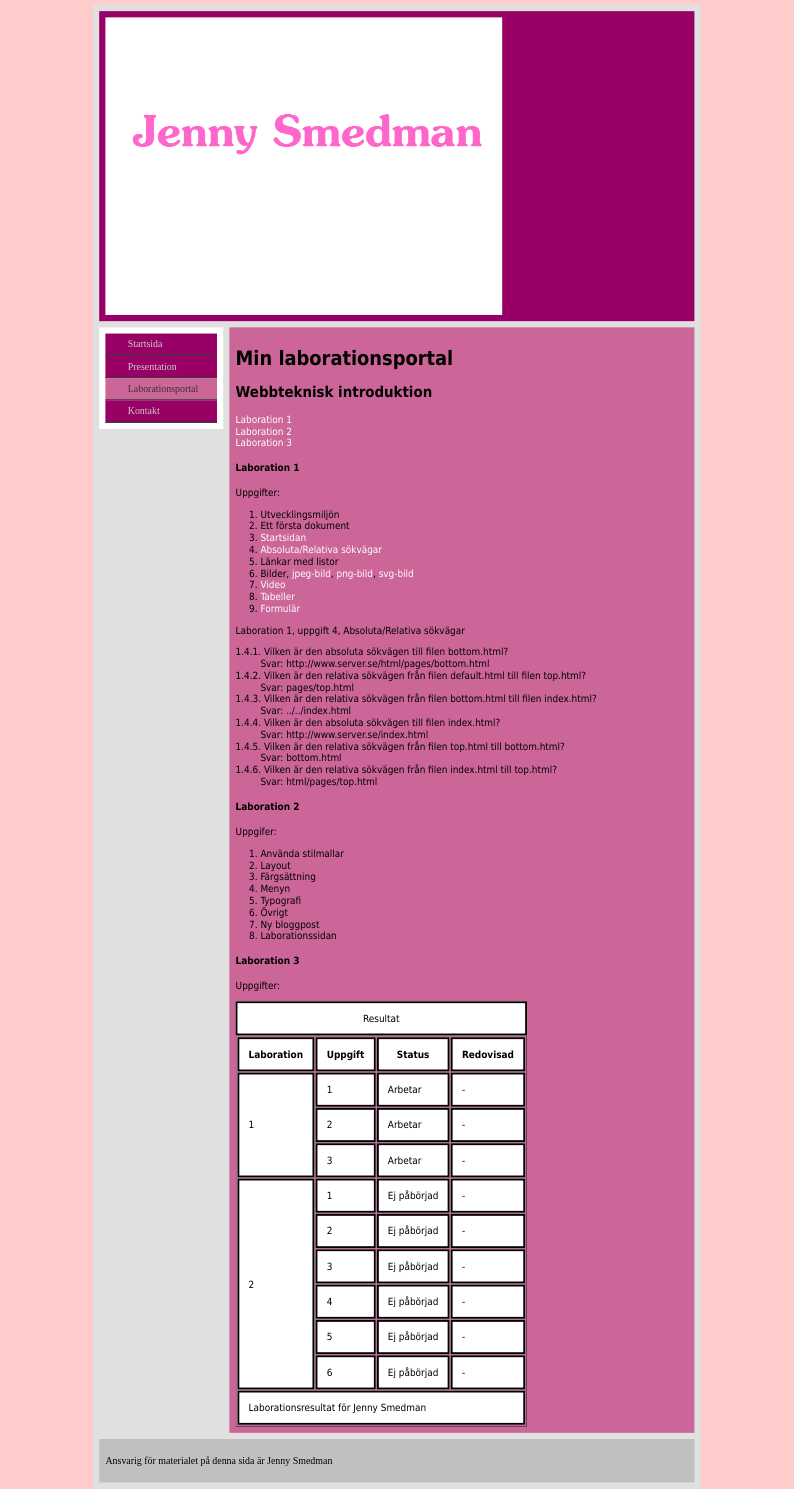
Repository: js223mx/1ik415-js223mx-laborationer
Page: pages/laborationer.html
The author's editor kept a record of every edit. The page is drawn from the files as they stood at one moment, then again after the next edit.
The browser window is 1280 px wide. The pictures show the whole page, at 62% of full size.

Above is the page before.

After the next edit:
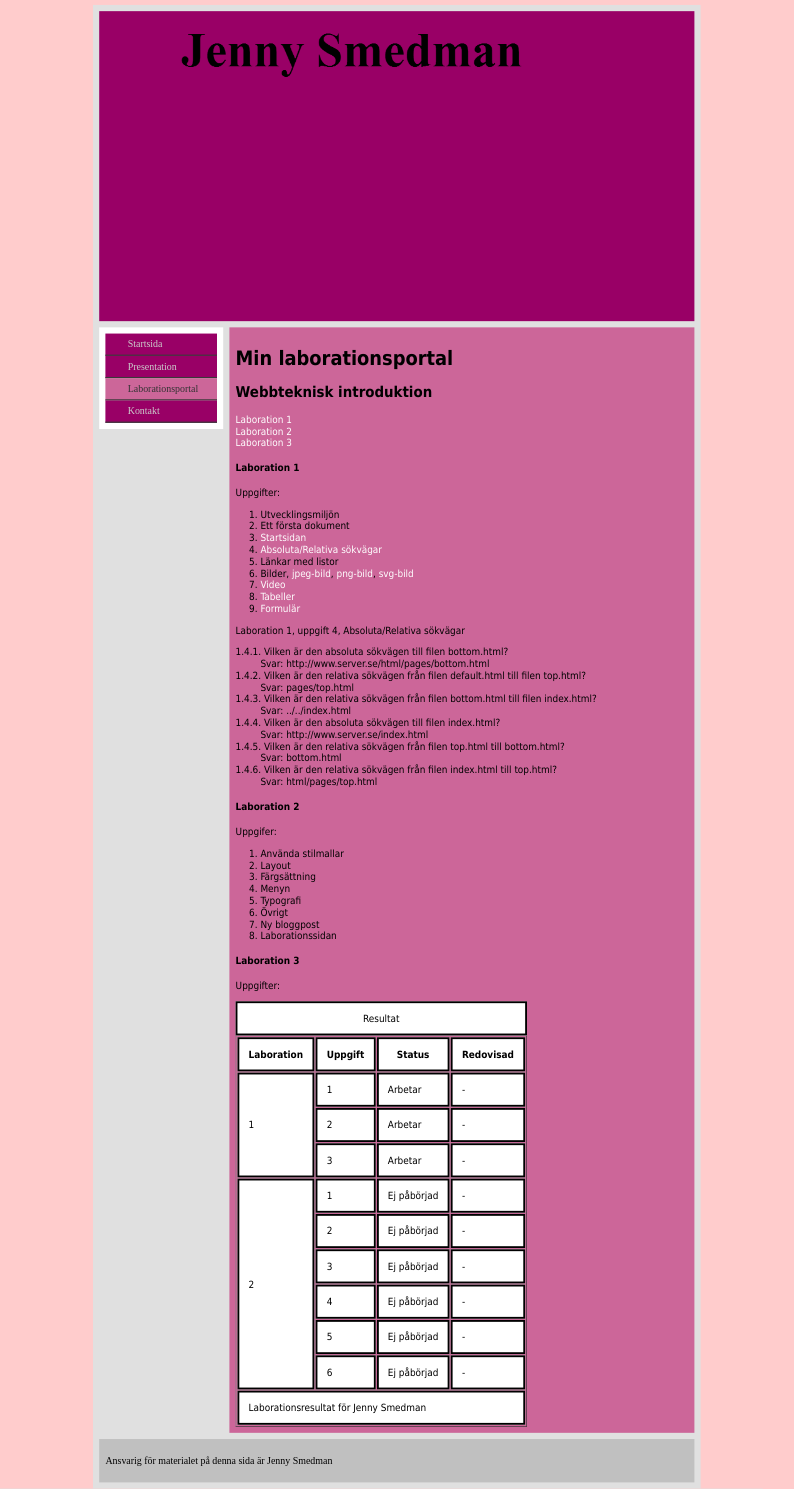
The edit:
--- a/pages/laborationer.html
+++ b/pages/laborationer.html
@@ -10,7 +10,7 @@
     <body>
          <div id="container">
          <div id="header">
-          <img id="logga" src="../pics/logga.png" alt="Min logga" />
+         <div class="loggodiv"></div>
          </div>
 
 
